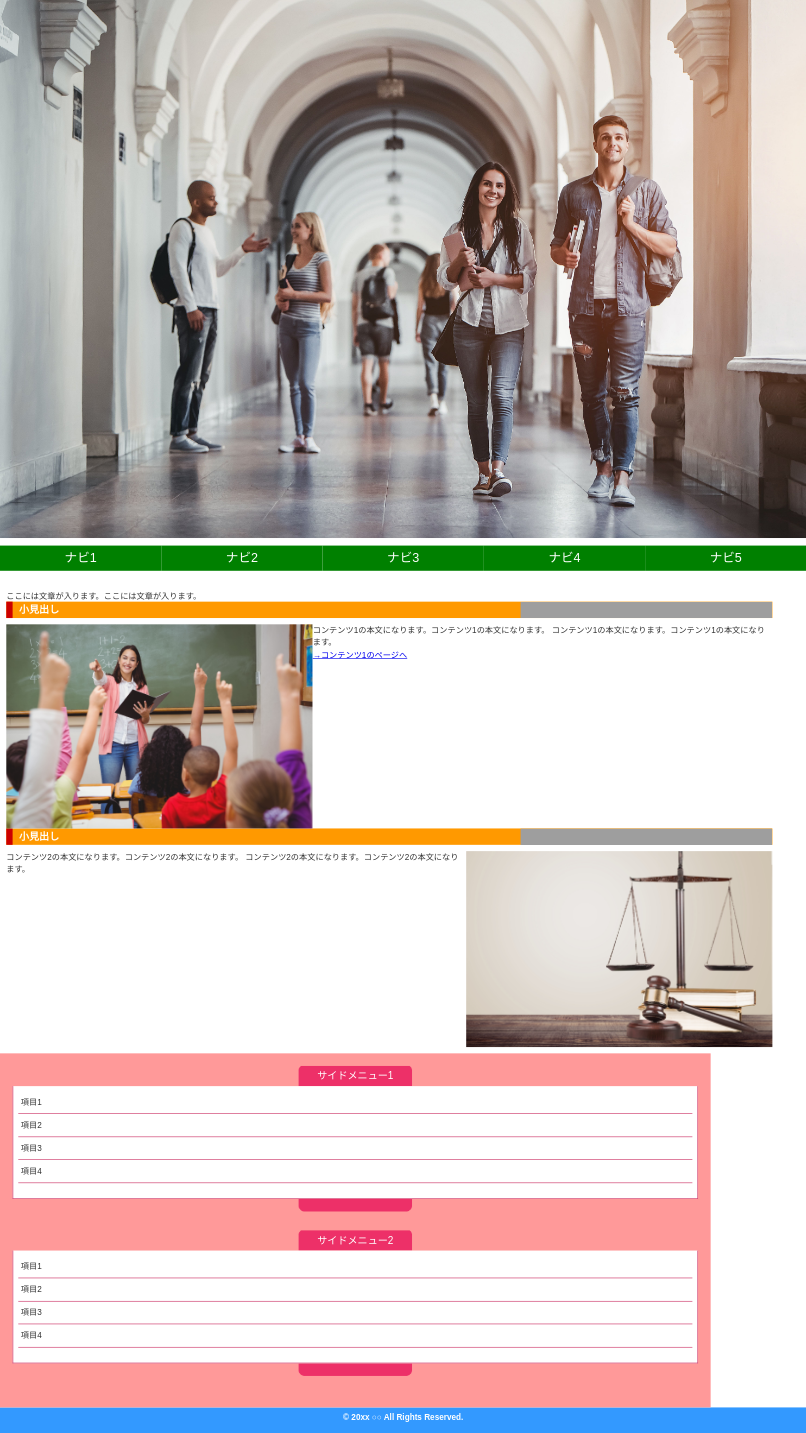
Repository: HeshaRI123/samurai_HTML-CSS
Page: index.html
The author's editor kept a record of every edit. The page is drawn from the files as they stood at one moment, then again after the next edit.
The browser window is 1280 px wide. The pictures show the whole page, at 63% of full size.
Pictures or frames that could not be fetched are drawn as grey boxes.

Above is the page before.

After the next edit:
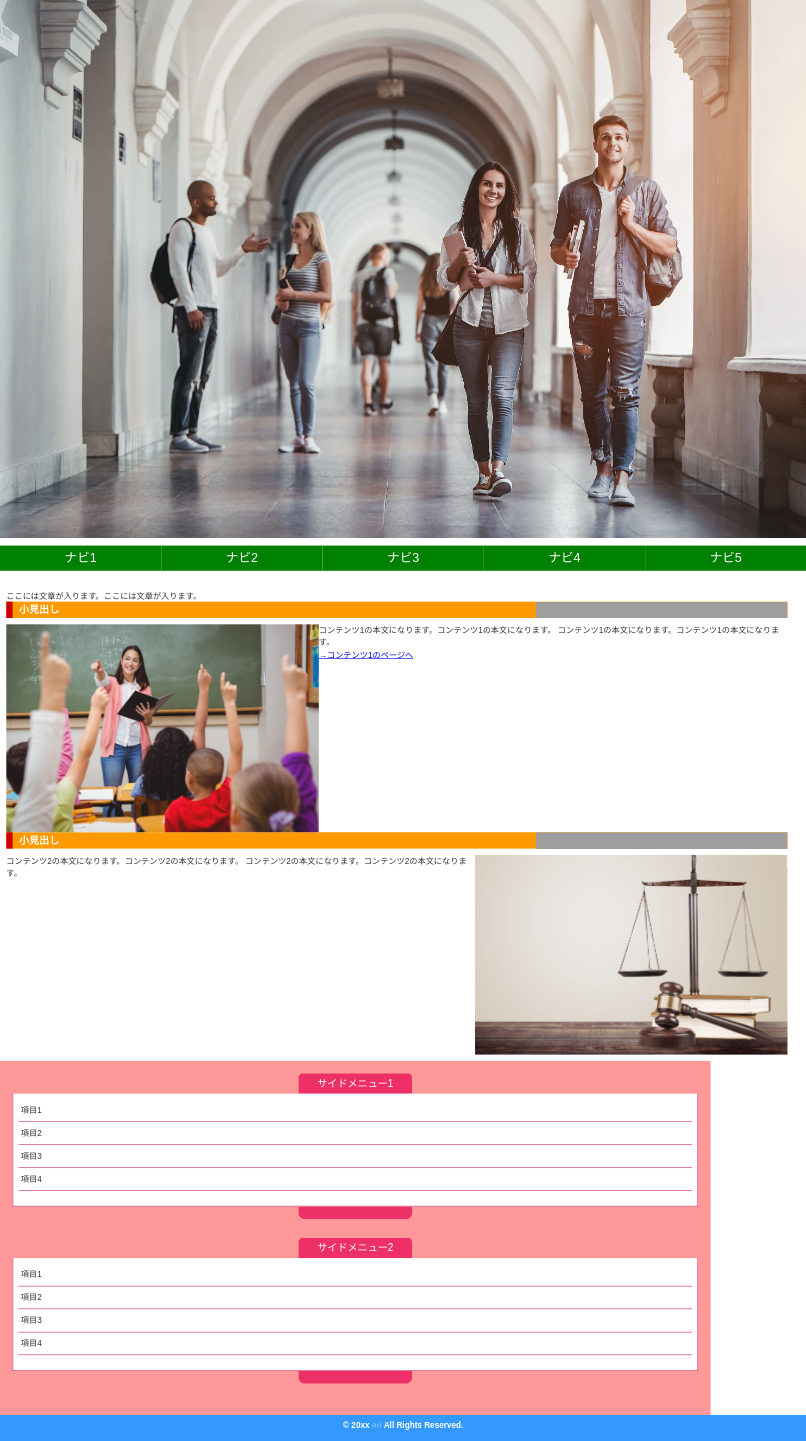
The edit:
--- a/stylesheet.css
+++ b/stylesheet.css
@@ -90,7 +90,7 @@
 
 /*---------- main -------------*/
 #main {
-    width: 95%;
+
     padding:10px 30px 10px 10px;
 }
 #main h2 {
